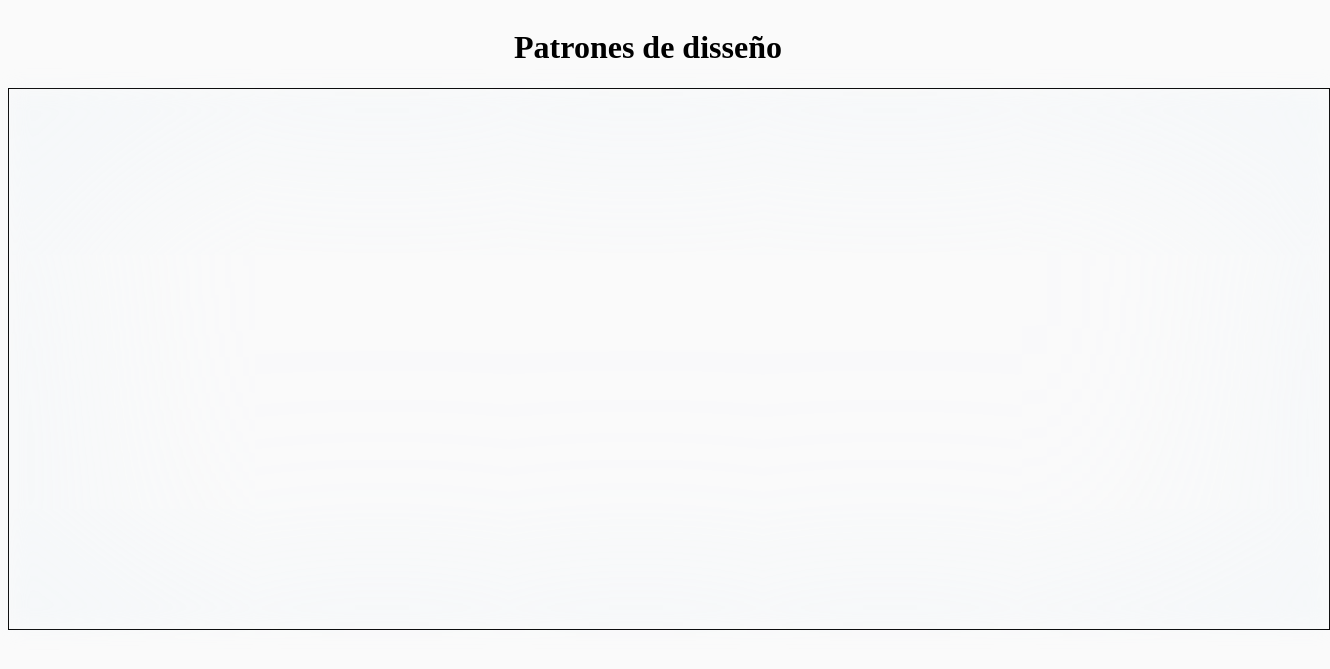
Repository: nrsWebs/design-pattern-es
Page: index.html
These files come from the project's save history. The page is drawn as it stood at one moment and after the next save; the edit follows.
The browser window is 1280 px wide. The page is 1330 px wide, so the pictures cover 1330 px, including what lies to the right of the window. The pictures show the whole page.

Above is the page before, as saved 2021-02-06 18:23:02.

### index.html
<!DOCTYPE html>
<html>
<head>
<script src="https://ajax.googleapis.com/ajax/libs/jquery/3.5.1/jquery.min.js"></script>
<link rel="stylesheet" href="source/main.css">
</head>
<body>
    <div class="main-content">
        <h1>Patrones de disseño</h1>
        <div class="box">
            <div class="glass"></div>
            <div class=""></div>
        </div>
    </div>
</body>
<script>
$(document).ready(function(){
    setTimeout(function(){
        $("p").hide();
    }, 5000);
});
</script>
</html>

### source/main.css
:root {
    --main: #FAFAFA;
    --secondary: rgba(227, 242, 253, 0.35);
    --auxiliar: #DB5461;
    --test: rgba(219, 84, 97, 0.3)
  }
body {
    background-color: var(--main);
    display: flex;
    justify-content: center;
    width: 100%;
}
.main-content{
    display: flex;
    flex-direction: column;
    justify-content: space-around;
    width: 100%;
    max-width: 1440px;
}
h1{
    text-align: center;
}
.box {
    display: flex;
    flex-direction: column;
    justify-content: space-around;
    width: 100%;
    padding: 20px;
    height: 500px;
    border: 1px solid black;
    position: relative;
    background-attachment: fixed;
}
/* GLASS EFFECT */
.glass{
    background: inherit;
    width: 100%;
    height: 100%;
}
.glass:before {
    content: '';
    background: inherit;
    position: absolute;
    left: 0;
    right: 0;
    top: 0;
    bottom: 0;
    box-shadow: inset 0 0 2000px var(--secondary);
    filter: blur(10px);
}

After the next save:
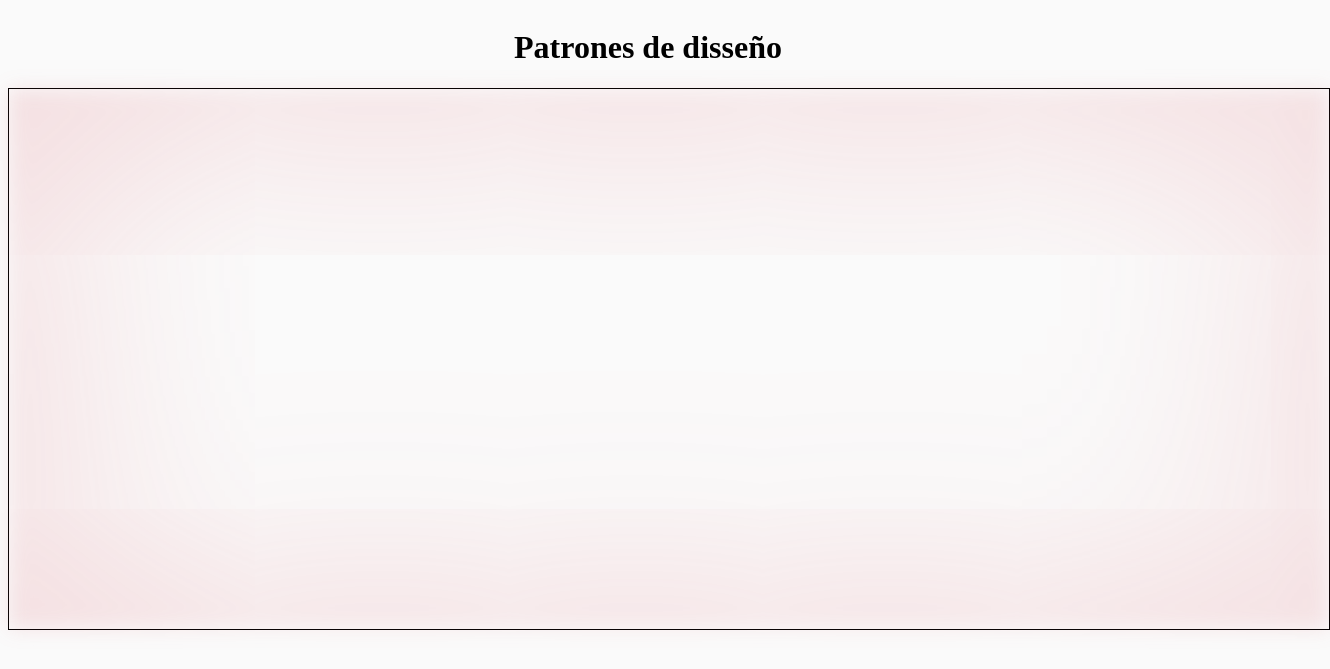
Saved 8 s later.
--- a/source/main.css
+++ b/source/main.css
@@ -45,6 +45,6 @@ h1{
     right: 0;
     top: 0;
     bottom: 0;
-    box-shadow: inset 0 0 2000px var(--secondary);
+    box-shadow: inset 0 0 2000px var(--test);
     filter: blur(10px);
 }
